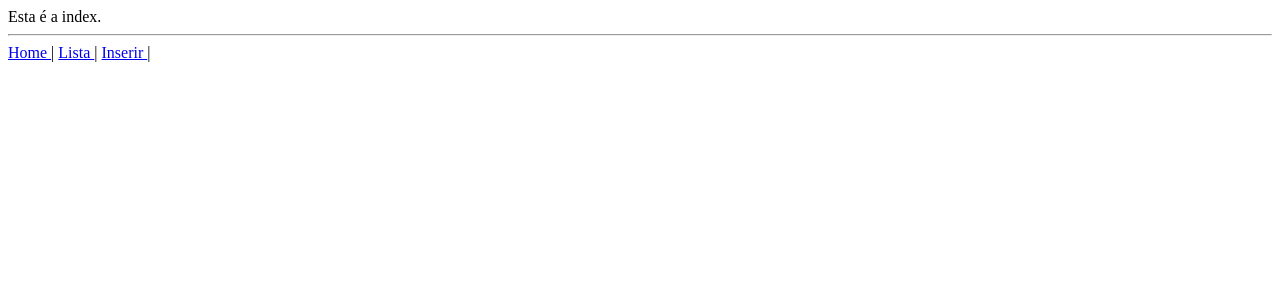
Repository: vivian-nakano/Projetos-Spring
Page: webmvc/src/main/resources/index.html
An editor plug-in stored every save of this project. The page is shown before and after the next save, followed by the edit.
The browser window is 1280 px wide. The pictures show the whole page.

Above is the page before, as saved 2020-11-05 11:40:08.

### webmvc/src/main/resources/index.html
<!DOCTYPE html>
<html>
<head>
<meta charset="ISO-8859-1">
<title>Insert title here</title>
</head>
<body>

	Esta é a index. <hr>

	<a href = "index.html"> Home </a> |
	<a href = "lista.html"> Lista </a> |
	<a href = "inserir.html"> Inserir </a> |

</body>
</html>

After the next save:
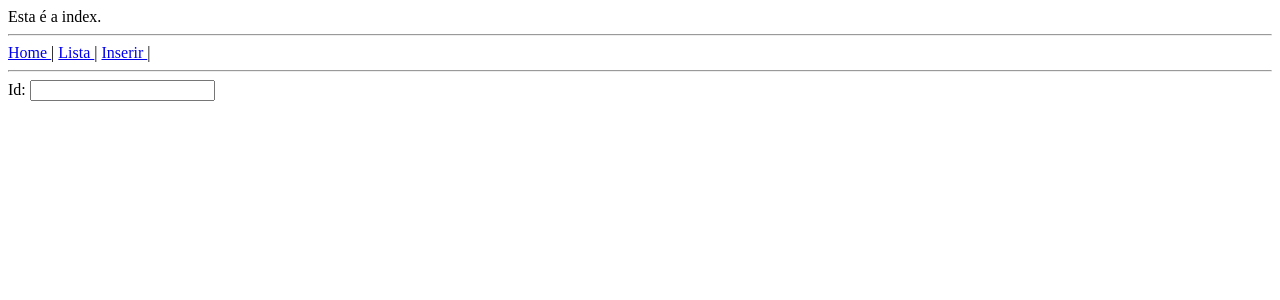
Saved 20 min 57 s later.
--- a/webmvc/src/main/resources/index.html
+++ b/webmvc/src/main/resources/index.html
@@ -6,11 +6,18 @@
 </head>
 <body>
 
-	Esta é a index. <hr>
+	Esta é a index.
+	<hr>
 
-	<a href = "index.html"> Home </a> |
-	<a href = "lista.html"> Lista </a> |
-	<a href = "inserir.html"> Inserir </a> |
+	<a href="index.html"> Home </a> |
+	<a href="lista.html"> Lista </a> |
+	<a href="inserir.html"> Inserir </a> |
+
+	<hr>
+	<form>
+	Id: <input type="number" name="">
+
+	</form>
 
 </body>
 </html>
